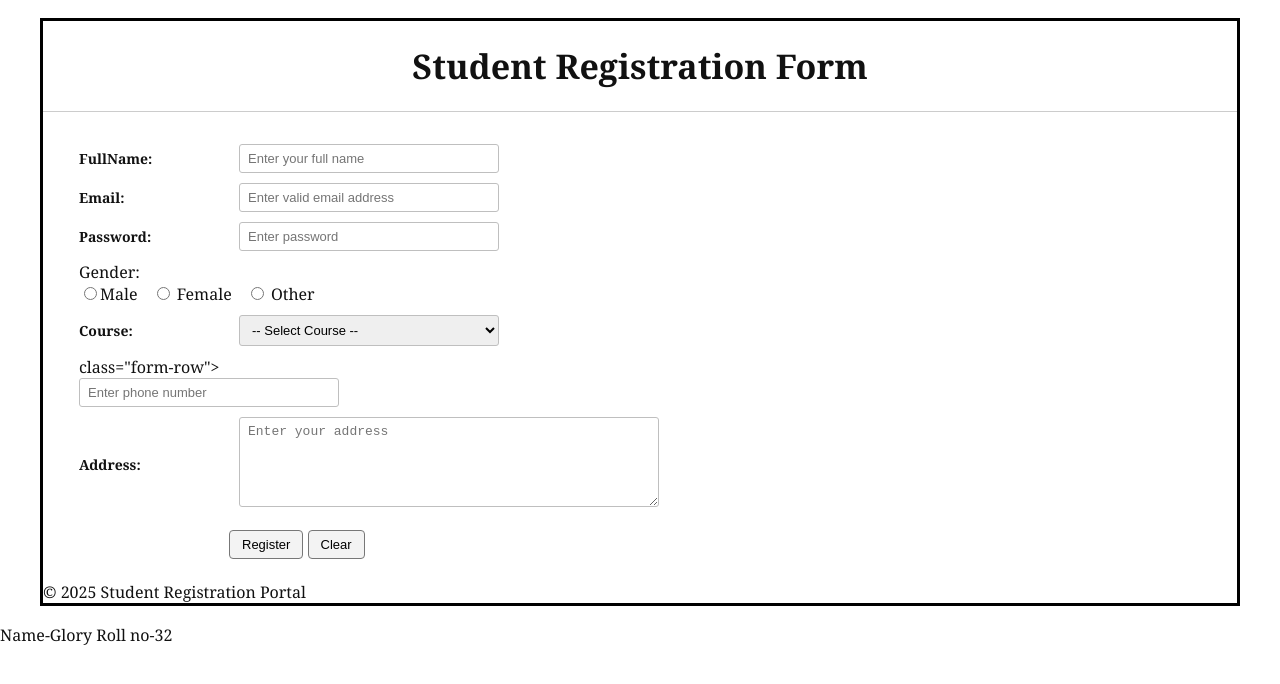
Repository: Glory998/ELCE1-32
Page: experiment5.html
These files come from the project's save history. The page is drawn as it stood at one moment and after the next save; the edit follows.
The browser window is 1280 px wide. The pictures show the whole page.

Above is the page before, as saved 2025-10-22 22:53:46.

### experiment5.html
<!doctype html>
<html lang="en">
    <head>
        <meta charset="utf-8" />
        <title>Student Registration Form</title>
        <meta name="viewport"
        content="width=device-width,initial-scale=1" />
        <style>
            /* Page layout */
            body {
                font-family: Georgia, "Times New Roman", Times serif;
                margin: 0;
                background: #fff;
                color: #111;
                     }

                     .page {
                        max-width: 1200px;
                        margin: 18px auto;
                        border: 3px solid #000;
                        padding: 0;
                        box-sizing: border-box;
                     }

                     header {
                     text-align: center;
                     padding: 22px 10px;
                     border-bottom: 1px solid #ccc;
                    }

                    header h1 {
                       margin: 0;
                       font-size: 34px;
                       font-weight: 700;
                    }

                    main {
                        padding: 22px 36px;
                        min-height: 380px;
                    }

                    /* Form layout */
                    form {
                        max-width: 960px;
                        margin: 0;
                    }

                    .form-row {
                        display: flex;
                        align-items: center;
                        margin: 10px 0;
                    }

                    .form-row label {
                        width: 150px;
                       /* label column width */
                        min-width: 120px;
                        margin-right: 10px;
                        font-weight: 600;
                        font-size: 14px;
                    }

                    .form-row .controls {
                        flex: 1;
                    }

                    input[type="text"],
                    input[type="email"],
                    input[type="password"],
                    input[type="tel"],
                    select,
                    textarea {
                        font-size: 13px;
                        padding: 6px 8px;
                        border: 1px solid #bfbfbf;
                        border-radius: 3px;
                        box-sizing: border-box;
                        width: 260px;
                    }

                    textarea {
                        width: 420px;
                        height: 90px;
                        resize: vertical;
                    }

                    /* Radio group */
                    .radio-group {
                        display: inline-flex;
                        gap: 14px;
                        align-items: center;
                        font-weight: 400;
                    }

                    /* Buttons */
                    .form-actions {
                        margin-top: 18px;
                        margin-left: 150px; /* align with controls column */
                    }

                    button {
                        padding: 6px 12px;
                        border: 1px solid #777;
                        background: #f3f3f3;
                        cursor: pointer;
                        border-radius: 4px;
                        font-size: 13px;
                        /* Horizontol rule near bottom */
                        .bottom-bar {
                        border-top: 1px solid #ccc;
                        padding: 18px 36px;
                        text-align: center;
                        font-size: 13px;
                    }
                        /* Footer copyright */
                        footer {
                            text-align: center;
                            padding: 12px 20px 24px;
                            font-size: 13px;
                            color: #222;
                        }

                        /* Responsive */
                        @media (max-width: 700px) {
                            .form-row {
                                display: block;
                            }
                            .form-row label {
                                width: auto;
                                margin-bottom: 6px;
                            }
                            input[type="text"],
                            input[type="email"],
                            input[type="password"],
                            input[type="tel"],
                            select,
                            textarea {
                                width: 100%;
                            }
                            .form-actions {
                                margin-left: 0;
                            }
                        }
                        </style>
                        </head>
                        <body>
                        <div class="page">
                            <header>
                            <h1>Student Registration Form</h1>
                        </header>

                            <main>
                                <!-- change method and action as per beckend-->
                                 <form action="#" method="post"
                                 id="studentRegistration">
                                <div class="form-row">
                                    <label for="fullname">FullName:</label>
                                <div class="controls">
                                    <input id="fullname"
                                    name="fullname" type="text"
                                    placeholder="Enter your full name" required />
                                    </div>
                                    </div>

                                    <div class="form-row">
                                        <label for="email">Email:</label>
                                        <div class="controls">
                                    <input id="email"
                                        name="email" type="email"
                                        placeholder="Enter valid email address" required />
                                        </div>
                                        </div>

                                        <div class="form-row">
                                            <label
                                             for="password">Password:</label>
                                             <div class="controls">
                                                <input id="password"
                                                name="password" type="password"
                                                placeholder="Enter password" required minlength="6" />
                                                </div>
                                                </div>

                                                <div class="form-now">
                                                    <label>Gender:</label>
                                                    <div class="controls">
                                                        <div class="radio-group"
                                                        role="radiogroup" aria-label="Gender">
                                                    <label><input type="radio" name="gender" value="male" required />Male</label>
                                                        <label><input type="radio" name="gender" value="female" /> Female</label>
                                                        <label><input type="radio" name="gender" value="other" /> Other</label>
                                                        </div>
                                                        </div>
                                                        </div>

                                                        <div class="form-row">
                                                            <label for="course">Course:</label>
                                                        <div class="controls">
                                                            <select id="course"
                                                            name="course" required>
                                                        <option value="">-- Select Course --</option>
                                                        <option>B.Tech</option>
                                                        <option>MBA</option>
                                                        <option>MCA</Option>
                                                        <option>Diploma</option>
                                                        <option>Other</option>
                                                        </select>
                                                        </div>
                                                    </div>

                                                        <div> class="form-row">
                                                            <label for="phone" Contact No:</label>
                                                        <div class="controls">
                                                            <input id="phone"
                                                            name="phone" type="tel"
                                                        placeholder="Enter phone number"
                                                    pattern="[0-9]{10}" title="10 digit phone number" />
                                                </div>
                                            </div>

                                            <div class="form-row">
                                            <label
                                            for="address">Address:</label>
                                            <div class="controls">
                                            <textarea id="address"
                                            name="address" placeholder="Enter your address"></textarea>
                                        </div>
                                    </div>

                                <div class="form-actions">
                                    <button
                                    type="submit">Register</button>
                                    <button type="reset">Clear</button>
                                    </div>
                                </form>
                                </main>

                                <div class="bottom-bar"></div>

                            <footer>
                                &copy; 2025 Student Registration Portal
                            </footer>
                            </div>
                        </body>
                    </html>

                    Name-Glory
                    Roll no-32






                                                                                         </div>

After the next save:
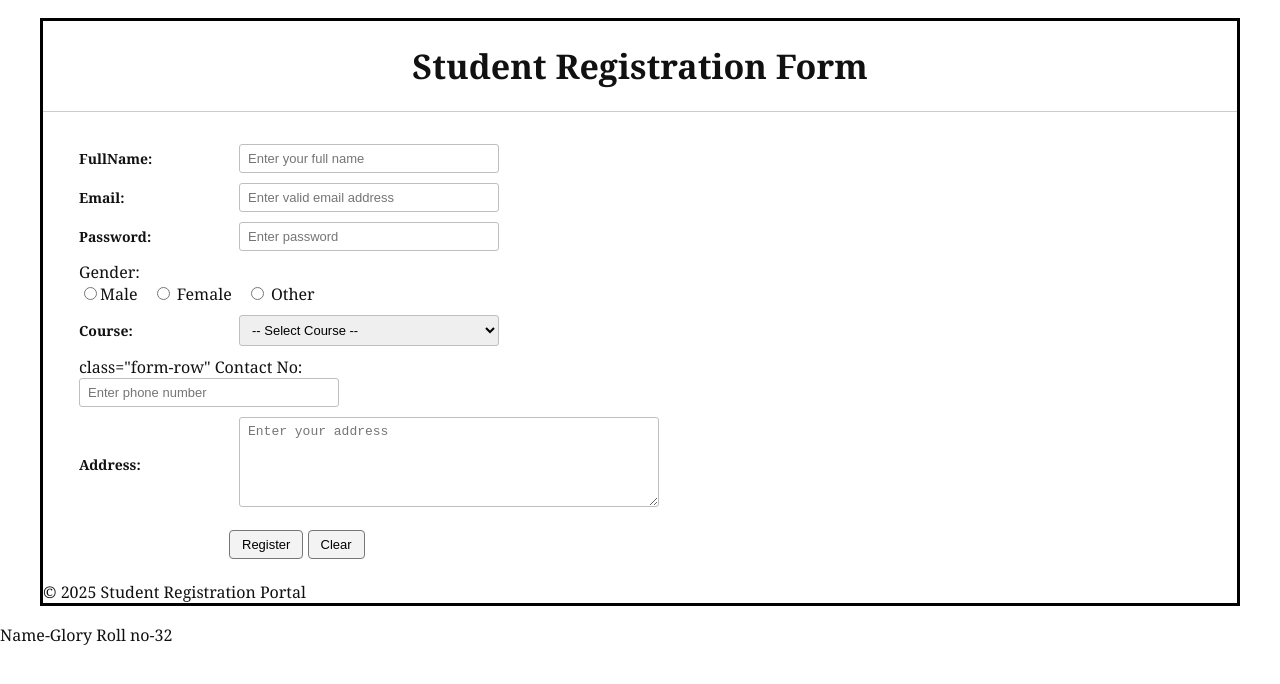
Saved 52 s later.
--- a/experiment5.html
+++ b/experiment5.html
@@ -208,8 +208,8 @@
                                                         </div>
                                                     </div>
 
-                                                        <div> class="form-row">
-                                                            <label for="phone" Contact No:</label>
+                                                        <div> class="form-row"
+                                                            <label for="phone">Contact No:</label>
                                                         <div class="controls">
                                                             <input id="phone"
                                                             name="phone" type="tel"
